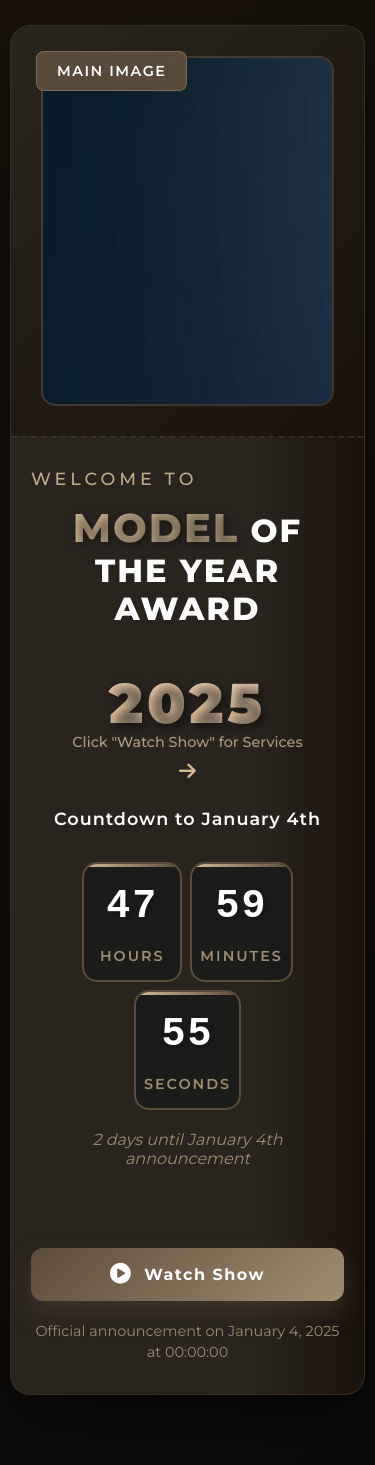
Repository: Madgerald-09/2025yearmodel
Page: index.html
An editor plug-in stored every save of this project. The page is shown before and after a run of saves, followed by the edit.
The browser window is 375 px wide. The pictures show the whole page.

Above is the page before, as saved 2025-12-24 17:00:40.

After the next 2 saves:
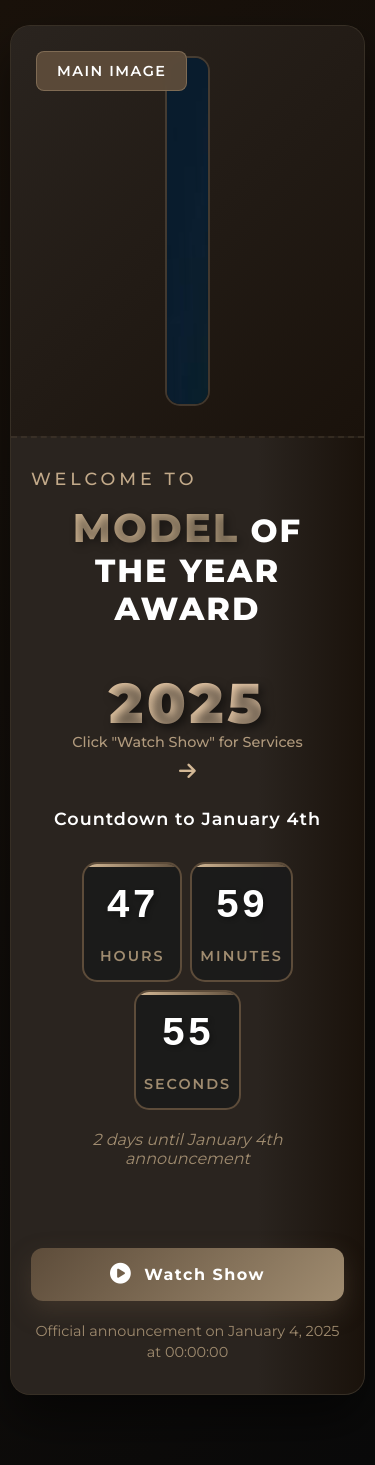
The 2 saves are shown as one change because they came seconds apart.
The last was saved 30 s later.
--- a/style.css
+++ b/style.css
@@ -705,7 +705,7 @@
     }
 
     .image-container {
-        max-width: 450px; /* Increased from 350px */
+        max-width: 45px; /* Increased from 350px */
         max-height: 350px; /* Increased from 250px */
     }
 

After the save that followed:
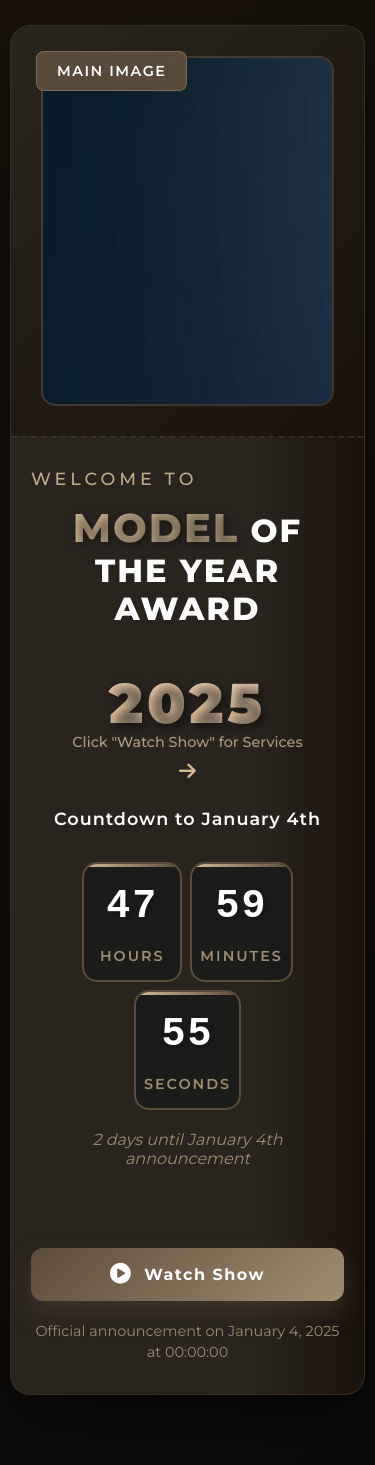
Saved 5 s later.
--- a/style.css
+++ b/style.css
@@ -705,7 +705,7 @@
     }
 
     .image-container {
-        max-width: 45px; /* Increased from 350px */
+        max-width: 450px; /* Increased from 350px */
         max-height: 350px; /* Increased from 250px */
     }
 
